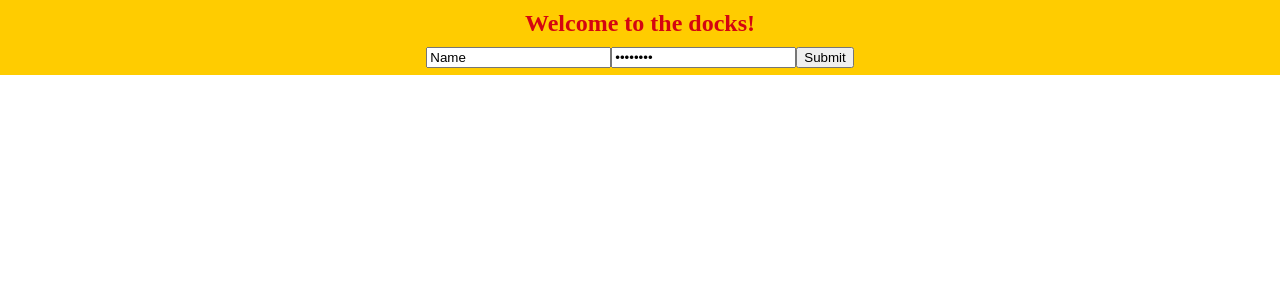
Repository: charliejp0311/java-final-proj
Page: dockWalk-frontend/index.html
An editor plug-in stored every save of this project. The page is shown before and after the next save, followed by the edit.
The browser window is 1280 px wide. The pictures show the whole page.
The page's requests for data from a server got no answer.

Above is the page before, as saved 2020-09-02 10:11:14.

After the next save:
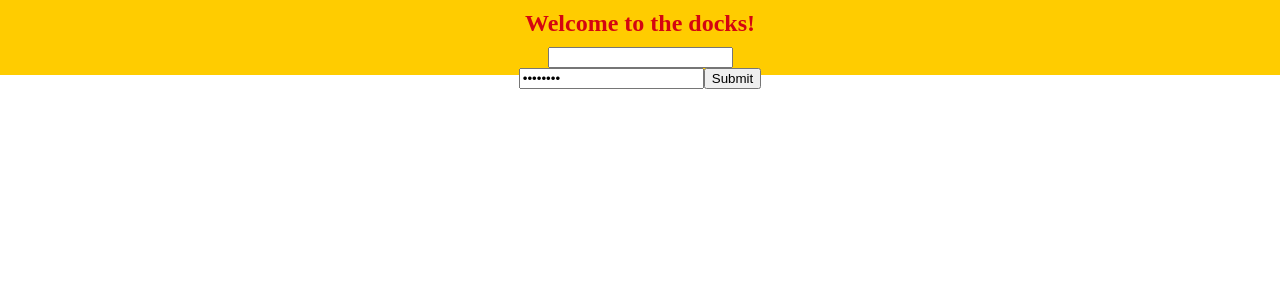
Saved 53 s later.
--- a/dockWalk-frontend/src/user.js
+++ b/dockWalk-frontend/src/user.js
@@ -15,7 +15,7 @@
     name.type = 'text'
     name.value = 'Name'
     frm.appendChild(name)
-    // frm.innerHTML += '<br>'
+    frm.innerHTML += '<br>'
     pass.type = 'password'
     pass.value = 'Password'
     frm.appendChild(pass)

After the save that followed:
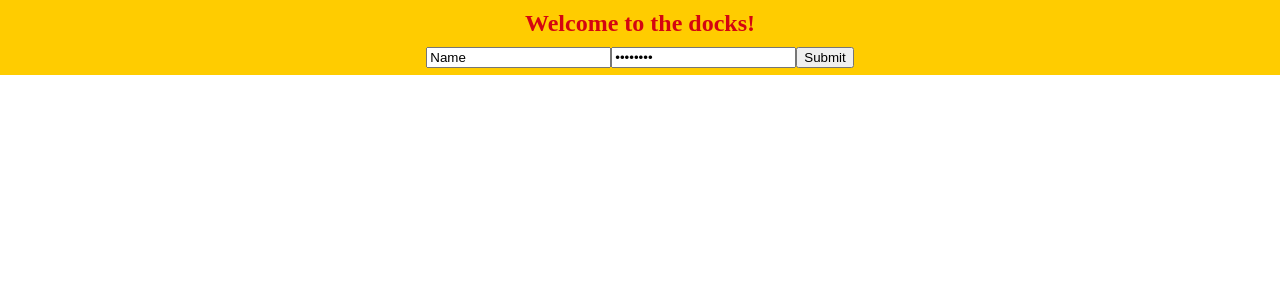
Saved 12 s later.
--- a/dockWalk-frontend/src/user.js
+++ b/dockWalk-frontend/src/user.js
@@ -15,7 +15,7 @@
     name.type = 'text'
     name.value = 'Name'
     frm.appendChild(name)
-    frm.innerHTML += '<br>'
+    // frm.innerHTML += '<br>'
     pass.type = 'password'
     pass.value = 'Password'
     frm.appendChild(pass)
